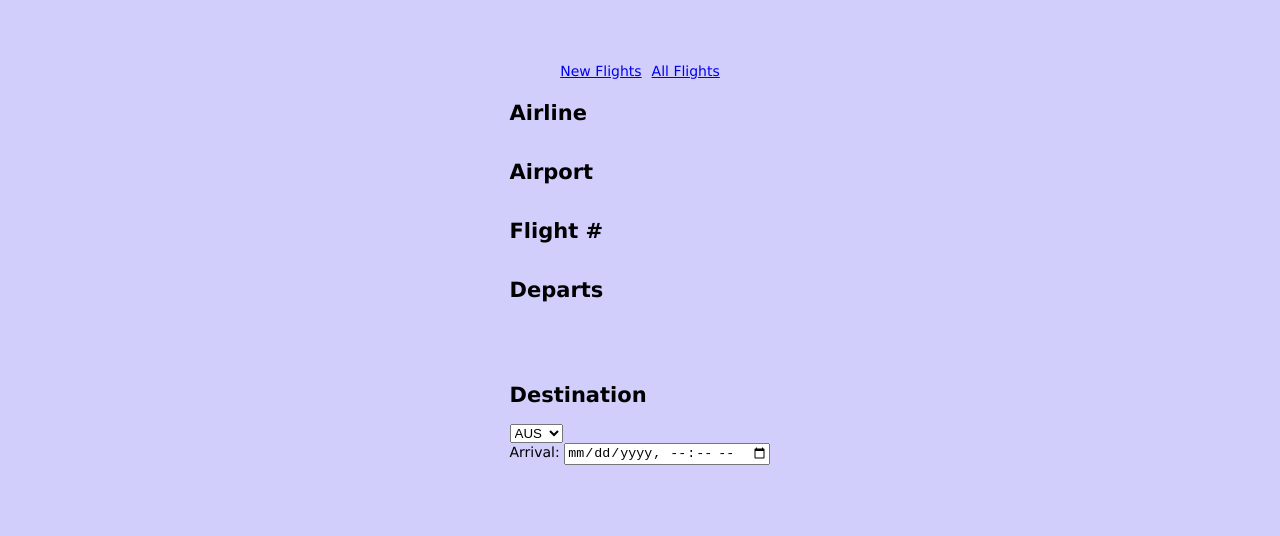
Repository: jmendoza13/mongoose-flights
Page: views/flights/show.ejs
An editor plug-in stored every save of this project. The page is shown before and after the next save, followed by the edit.
The browser window is 1280 px wide. The pictures show the whole page.
The page is served by the project's Node server (server.js). The template is opened directly, without the code that normally fills it, so the values that code supplies are empty.

Above is the page before, as saved 2022-07-20 19:55:34.

After the next save:
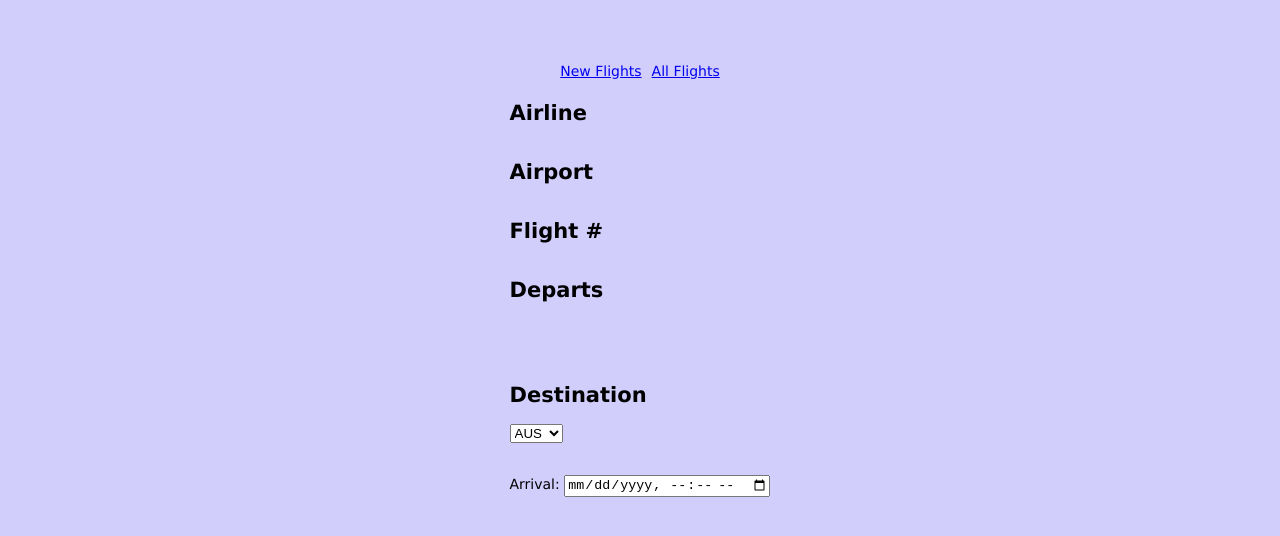
Saved 19 s later.
--- a/views/flights/show.ejs
+++ b/views/flights/show.ejs
@@ -21,7 +21,7 @@ ACTION="/flights/<%=flight._id %>/destinations">
     <option value="SAN">SAN</option>
 </select>
 </form>
-<label>Arrival:
+<br><br><label>Arrival:
     <input type="datetime-local" value="departsDate" name="departs">
 </label><br>
 
